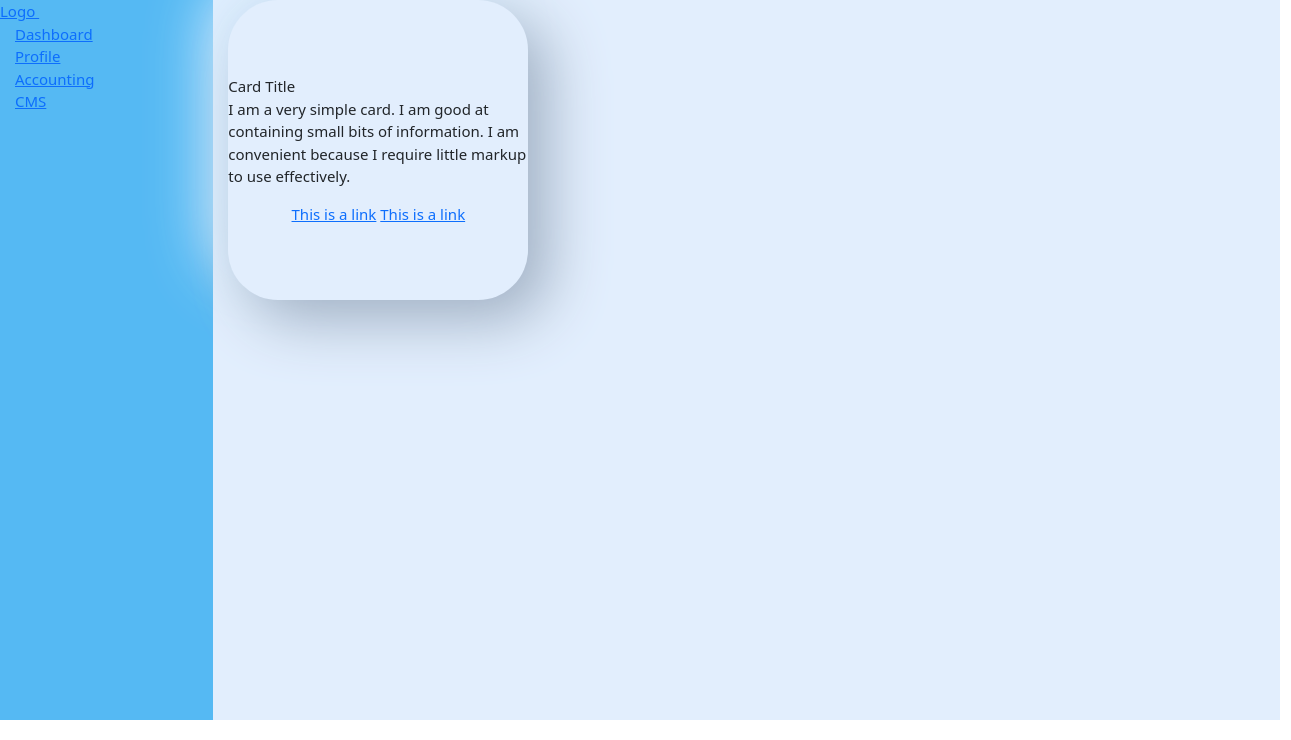
Repository: latenightsnacc/AllinOne
Page: Design/index.html
An editor plug-in stored every save of this project. The page is shown before and after the next save, followed by the edit.
The browser window is 1280 px wide. The page is 1291 px wide, so the pictures cover 1291 px, including what lies to the right of the window. The pictures show the whole page.
The style sheet was rebuilt from its Sass, Less or Tailwind sources for each picture, by a compiler version that may differ from the author's.

Above is the page before, as saved 2020-09-15 16:48:52.

### Design/index.html
<!DOCTYPE html>
<html lang="en">
<head>
    <meta charset="UTF-8">
    <meta name="viewport" content="width=device-width, initial-scale=1.0">
    <!-- Compiled and minified CSS -->
    <link rel="stylesheet" href="https://cdnjs.cloudflare.com/ajax/libs/materialize/1.0.0/css/materialize.min.css">
    <link rel="stylesheet" href="https://stackpath.bootstrapcdn.com/bootstrap/5.0.0-alpha1/css/bootstrap.min.css" integrity="sha384-r4NyP46KrjDleawBgD5tp8Y7UzmLA05oM1iAEQ17CSuDqnUK2+k9luXQOfXJCJ4I" crossorigin="anonymous">
    <!--Custom css-->
    <link rel="stylesheet" href="Styles.css">
    <title>Welcome Page</title>
</head>
<body>
    <div class="row g-0">
        <div class="col-xs-3 col-sm-3 col-md-2 col-lg-2 col-xl-2">
            <div class="sidebar">
                <a href="#">
                    Logo
                    <img src="" alt="" />
                </a>
                <div class="container">
                    <ul class="side-menu">
                        <li>
                            <a href="index.html">
                                <span class="nav-icon"></span>
                                Dashboard
                            </a>
                        </li>
                        <li>
                            <a href="index.html">
                                <span class="nav-icon"></span>
                                Profile
                            </a>
                        </li>
                        <li>
                            <a href="index.html">
                                <span class="nav-icon"></span>
                                Accounting
                            </a>
                        </li>
                        <li>
                            <a href="index.html">
                                <span class="nav-icon"></span>
                                CMS
                            </a>
                        </li>
                    </ul>
                </div>
            </div>
        </div>

        <div class="col-xs-9 col-sm-9 col-md-10 col-lg-10 col-xl-10">
            <div class="wrapper">
                <div class="welcome-box">

                </div>
                <div class="row">
                    <div class="col-xs-12 col-sm-12 col-md-4 col-lg-4 col-xl-4 col-xxl-4 ml-3">
                        <div class="cardNew greyBs">
                          <div class="card-content">
                            <span class="card-title">Card Title</span>
                            <p>I am a very simple card. I am good at containing small bits of information.
                            I am convenient because I require little markup to use effectively.</p>
                          </div>
                          <div class="card-action">
                            <a href="#">This is a link</a>
                            <a href="#">This is a link</a>
                          </div>
                        </div>
                      </div>
                </div>
            </div>

        </div>
    </div>


    <script src="https://cdn.jsdelivr.net/npm/popper.js@1.16.0/dist/umd/popper.min.js" integrity="sha384-Q6E9RHvbIyZFJoft+2mJbHaEWldlvI9IOYy5n3zV9zzTtmI3UksdQRVvoxMfooAo" crossorigin="anonymous"></script>
    <script src="https://stackpath.bootstrapcdn.com/bootstrap/5.0.0-alpha1/js/bootstrap.min.js" integrity="sha384-oesi62hOLfzrys4LxRF63OJCXdXDipiYWBnvTl9Y9/TRlw5xlKIEHpNyvvDShgf/" crossorigin="anonymous"></script>
</body>
</html>

### Design/Styles.scss
@import 'variables';

*{
    margin: 0;
    padding: 0;
    box-sizing: border-box;
    list-style: none;
    text-decoration: none;

}
body {
    overflow: hidden;
}

.sidebar, .wrapper {
    height: 100vh;
}

.sidebar {
    background-color: $blue;


}
.wrapper {
    background-color: $grey;
}
.greyBs {

    background-color: $grey;
    box-shadow: $bsGrey;
    border-radius: $borderR;
}
.cardNew{
    display: flex;
    flex-direction: column;
    align-items: center;
    justify-content: center;
    width: 300px;
    height: 300px;
}

### Design/_variables.scss
$blue: #55b9f3;
$white: #fff;
$grey: #e2eefd;
$borderR: 50px;
$Brb: 50px;
$bsGrey:  20px 20px 60px #a1b0c3,
-20px -20px 60px #d9eeff;
$bsBlue:  20px 20px 60px #489dcf,
-20px -20px 60px #62d5ff;

After the next save:
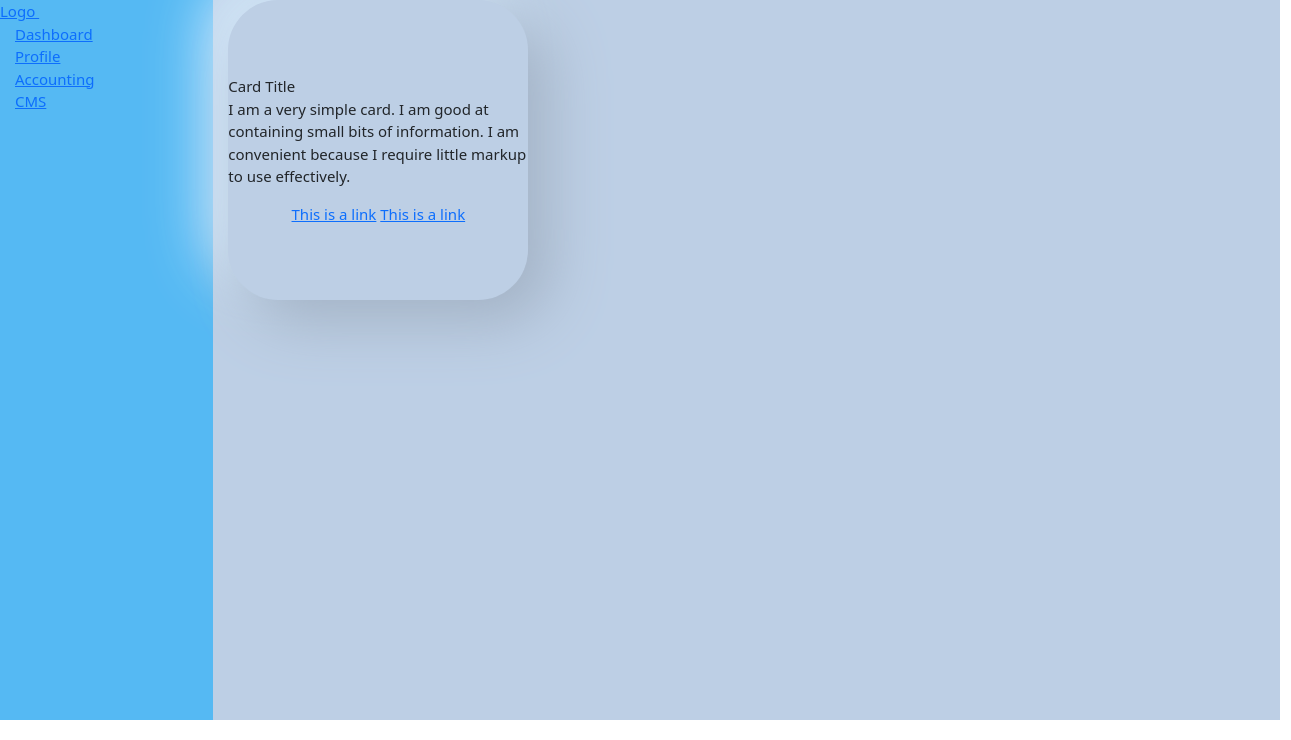
Saved 23 s later.
--- a/Design/_variables.scss
+++ b/Design/_variables.scss
@@ -1,6 +1,6 @@
 $blue: #55b9f3;
 $white: #fff;
-$grey: #e2eefd;
+$grey: #bdcfe5;
 $borderR: 50px;
 $Brb: 50px;
 $bsGrey:  20px 20px 60px #a1b0c3,
